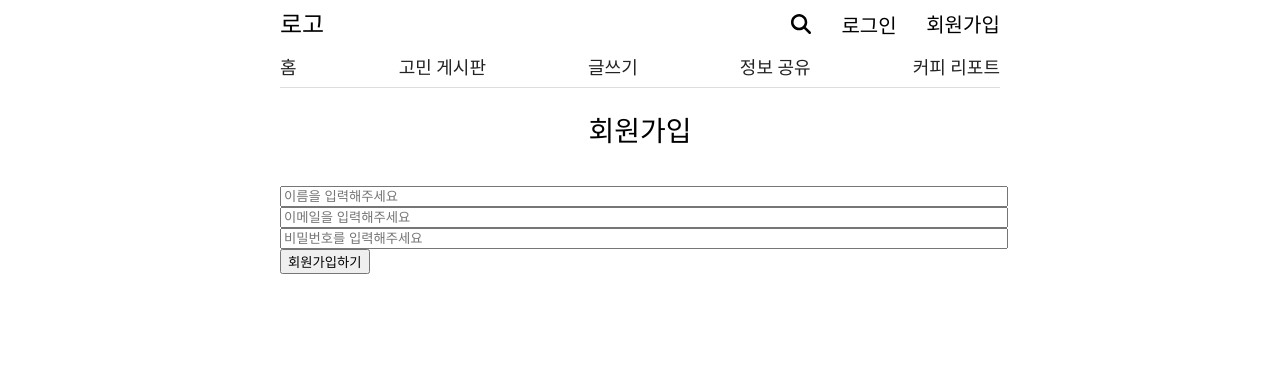
Repository: zlazlazla35/coffee
Page: /join
These files come from the project's save history. The page is drawn as it stood at one moment and after the next save; the edit follows.
The browser window is 1280 px wide. The pictures show the whole page.
The page's requests for data from a server got no answer. Some web fonts or font styles are not loaded; a fallback is used. The project was rebuilt for these pictures with package versions that can differ from the ones it lists, and the page was loaded fresh each time. The framework's server and built-in components were replaced by stand-ins that run in the browser. No one was signed in, and anything a server would have sent is missing. Also part of the build but not shown: next.config.mjs, src/app/LogOutButton.js.

Above is the page before, as saved 2025-01-20 17:06:01.

After the next save:
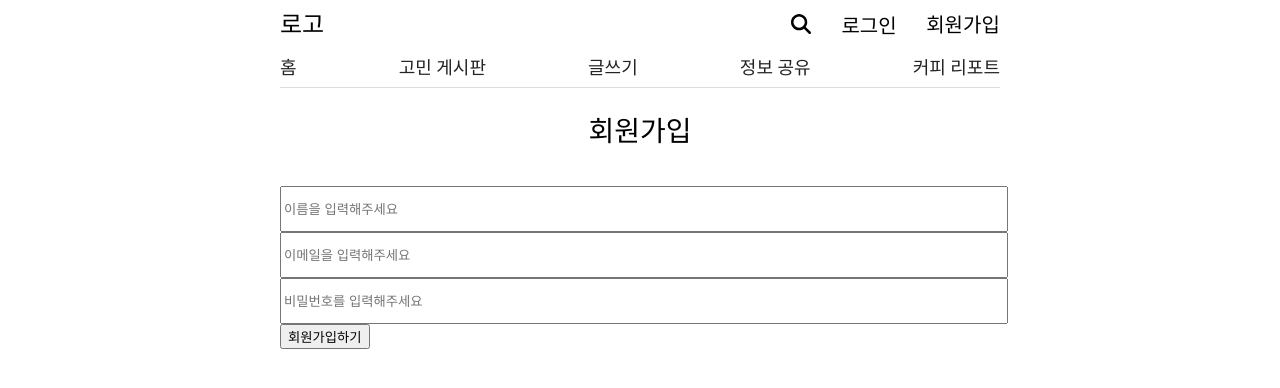
Saved 20 s later.
--- a/src/app/globals.css
+++ b/src/app/globals.css
@@ -174,7 +174,7 @@ select {font-family: 'NanumSquare', sans-serif !important; outline: none !import
 
 .join {width: 100%; max-width: 720px; margin: 0 auto;}
 .join .title {font-size: 28px; width: 100%; text-align: center; margin: 30px 0 40px;}
-.join input {width: 100%;}
+.join input {width: 100%; height: 40px;}
 
 
 
